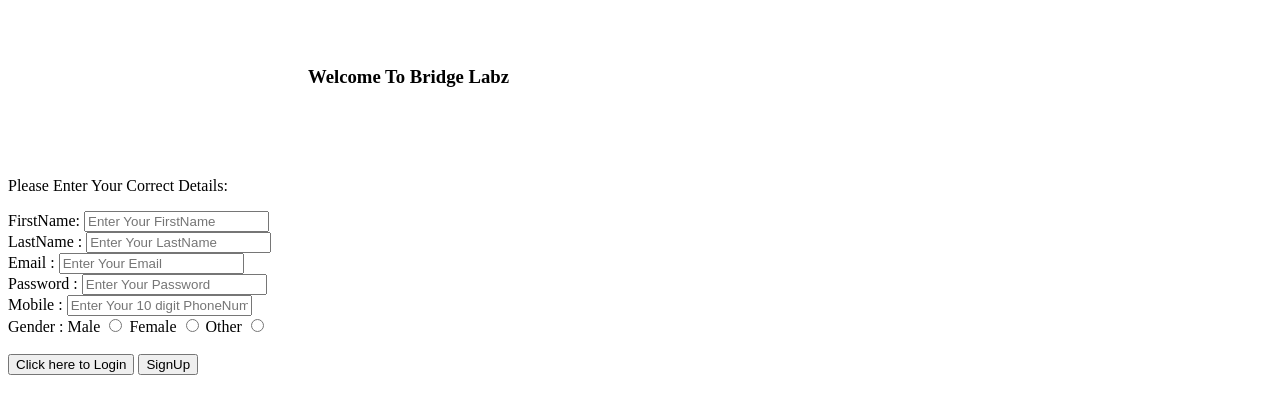
Repository: msibgathulla9980/Servlet
Page: LoginRegistrationApp/WebContent/Registration.html
The author's editor kept a copy of each file at every save. The page is drawn from the files as they stood at one save, then again after the next save.
The browser window is 1280 px wide. The pictures show the whole page.

Above is the page before, as saved 2019-01-22 11:07:47.

After the next save:
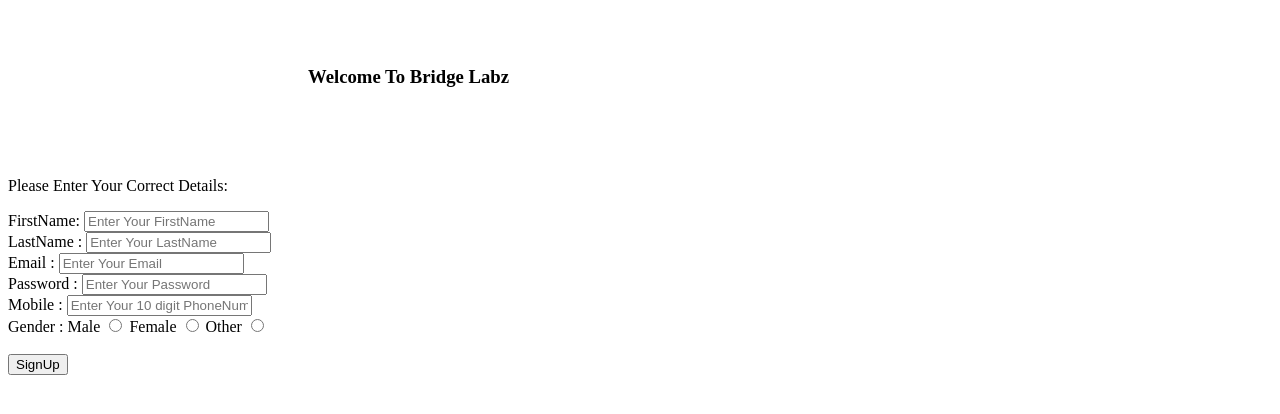
Saved 23 s later.
--- a/LoginRegistrationApp/WebContent/Registration.html
+++ b/LoginRegistrationApp/WebContent/Registration.html
@@ -18,7 +18,7 @@
  <input type="radio" name="gender" id="female" value="female" >
   <label for="other">Other</label>
  <input type="radio" name="gender" id="other" value="other" ><br><br>
-<a href="login.html"> <input type="submit" value="Click here to Login"/></a>
+<a href="login.html" value="Click here to Login"/></a>
 <input type="submit" value="SignUp"/>
 </form>
 </body>

After the 2 saves that followed:
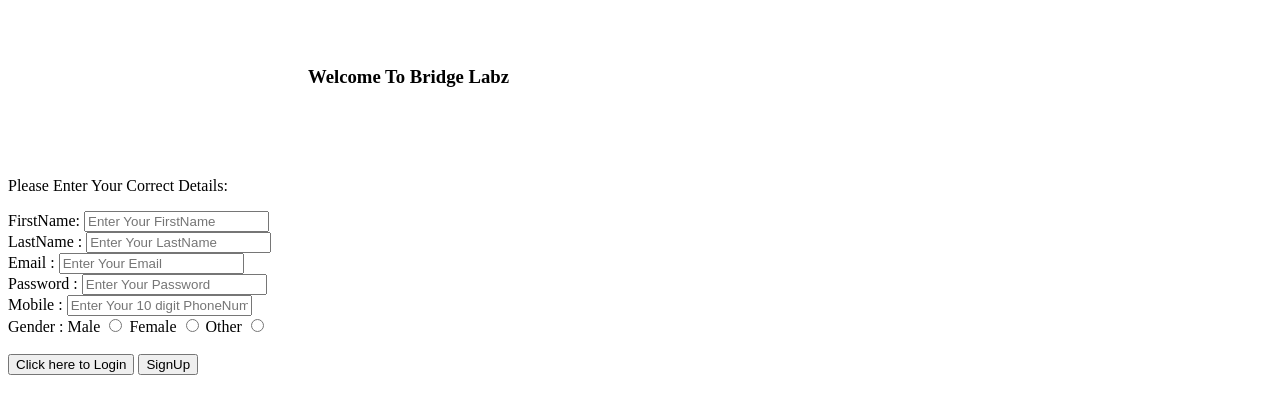
The 2 saves are shown as one change because 1 left the picture as it was.
The last was saved 26 s later.
--- a/LoginRegistrationApp/WebContent/Registration.html
+++ b/LoginRegistrationApp/WebContent/Registration.html
@@ -18,7 +18,7 @@
  <input type="radio" name="gender" id="female" value="female" >
   <label for="other">Other</label>
  <input type="radio" name="gender" id="other" value="other" ><br><br>
-<a href="login.html" value="Click here to Login"/></a>
+<a href="login.html"> <input type="submit" value="Click here to Login"/></a>
 <input type="submit" value="SignUp"/>
 </form>
 </body>
